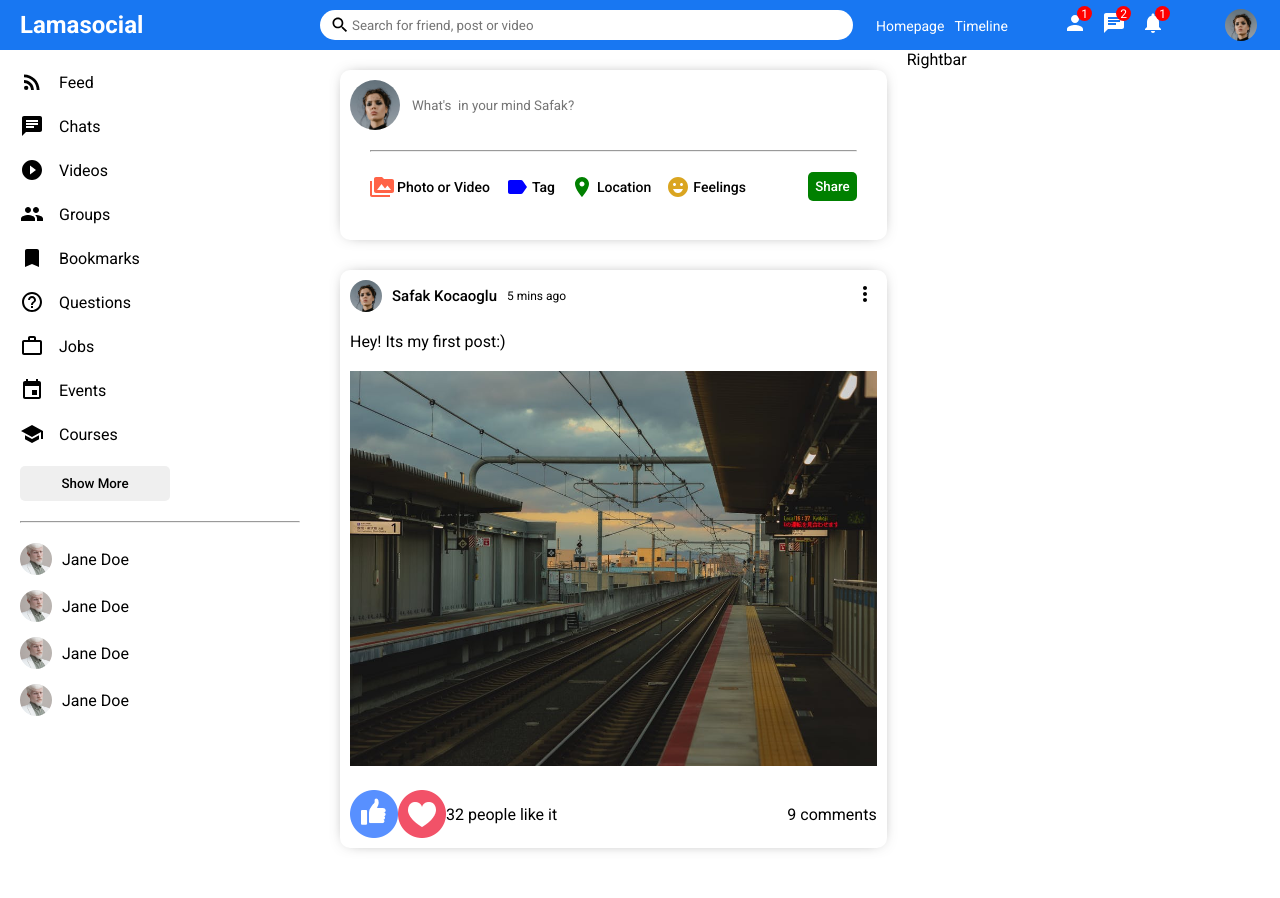
Repository: nazlinres01/react-social
Page: / (app in client/)
The author's editor kept a copy of each file at every save. The page is drawn from the files as they stood at one save, then again after the next save.
The browser window is 1280 px wide. The pictures show the whole page.
The project was rebuilt for these pictures with package versions that can differ from the ones it lists, and the page was loaded fresh each time.

Above is the page before, as saved 2024-06-13 11:39:46.

After the next save:
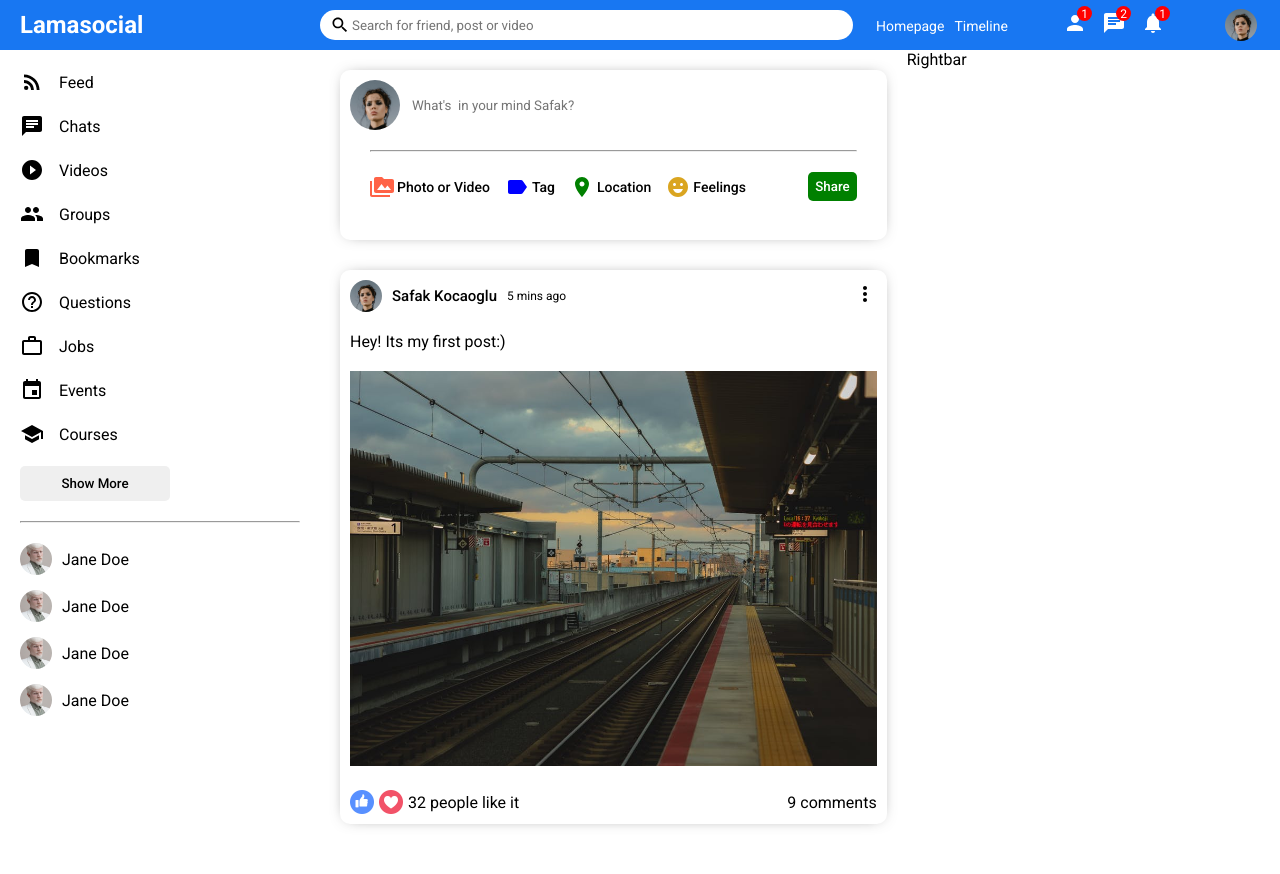
Saved 20 s later.
--- a/client/src/components/post/post.css
+++ b/client/src/components/post/post.css
@@ -60,7 +60,7 @@
     align-items: center;
 }
 
-.likeButton {
+.likeIcon {
     width: 24px;
     height: 24px;
     margin-right: 5px;
